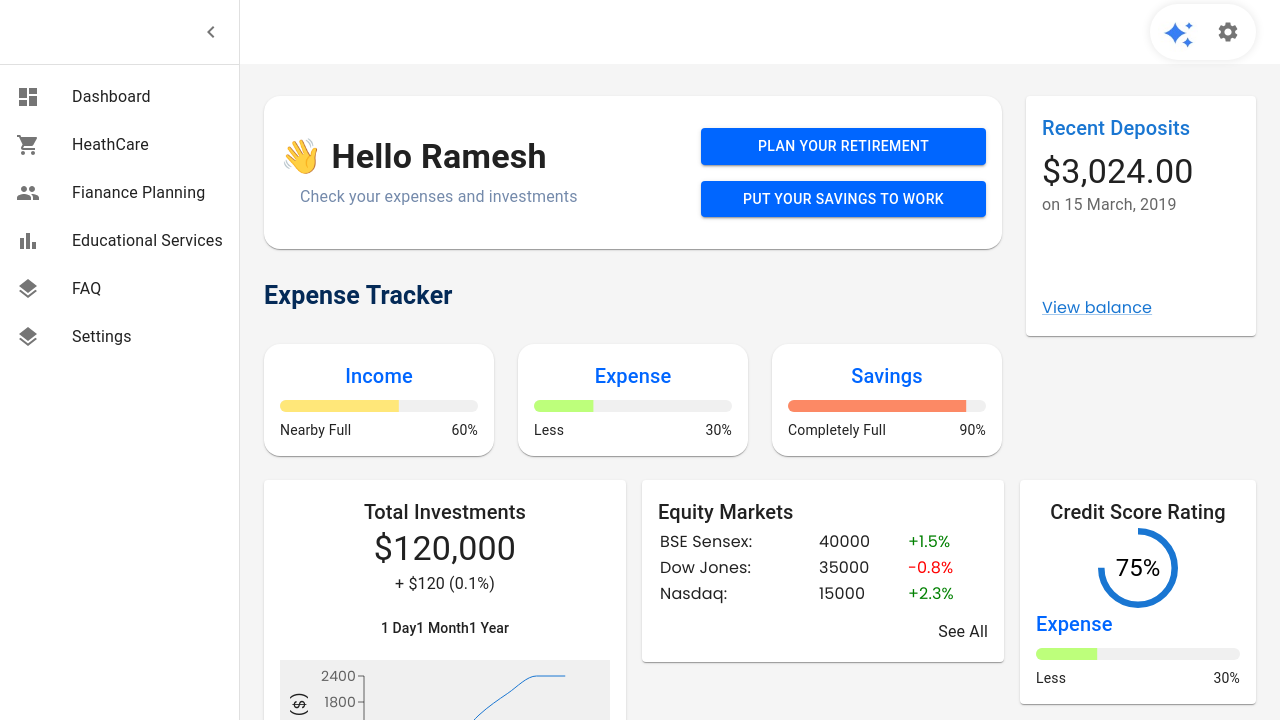
Repository: shubhampirate/TIAA_Retirement_hackathon
Page: /
An editor plug-in stored every save of this project. The page is shown before and after the next save, followed by the edit.
The browser window is 1280 px wide. The pictures show the whole page.
An inner scrolling area shows only its first screen. The project was rebuilt for these pictures with package versions that can differ from the ones it lists, and the page was loaded fresh each time. Also part of the build but not shown: src/Components/CustomButton.jsx, src/Components/Navbar.jsx, src/Components/Properties.jsx, src/Components/Footer.jsx, src/Components/Hero.jsx, src/pages/Sign_In.jsx.

Above is the page before, as saved 2023-11-15 12:31:27.

After the next save:
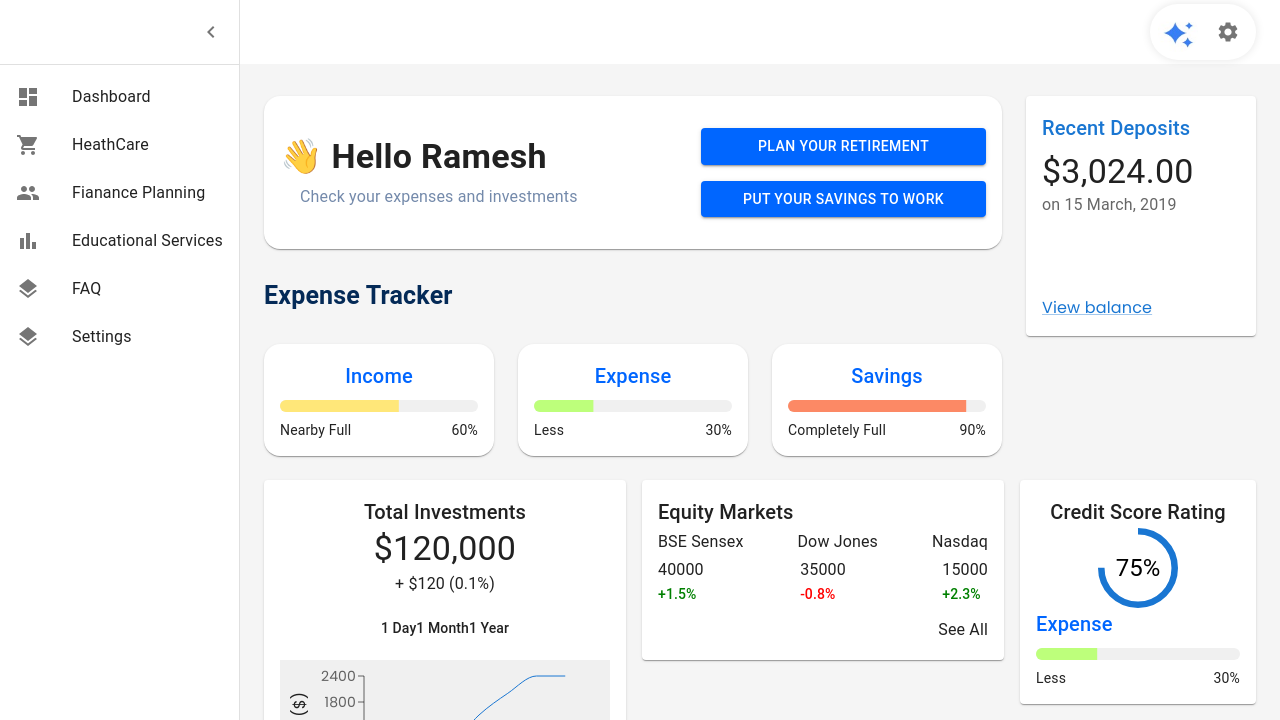
Saved 105 s later.
--- a/src/Components/YourComponent.jsx
+++ b/src/Components/YourComponent.jsx
@@ -39,27 +39,30 @@ const EquityMarketsBox = () => {
 
   return (
     <Paper sx={{ p: 2, display: 'flex', flexDirection: 'column' }}>
-      <Typography variant="h6">Equity Markets</Typography>
-      {/* Display market values in a table */}
-      <table>
-        <tbody>
-          {marketData.map((market) => (
-            <tr key={market.name}>
-              <td>{market.name}:</td>
-              <td>{market.currentPrice}</td>
-              <td style={{ color: market.increasePercentage >= 0 ? 'green' : 'red' }}>
-                {market.increasePercentage >= 0 ? '+' : ''}{market.increasePercentage}%
-              </td>
-            </tr>
-          ))}
-        </tbody>
-      </table>
-      {/* "See All" link */}
-      <Typography variant="subtitle1" style={{ alignSelf: 'flex-end', marginTop: '10px', cursor: 'pointer' }}>
-        See All
-      </Typography>
-    </Paper>
-  );
+    <Typography variant="h6">Equity Markets</Typography>
+    {/* Display market names in the first line */}
+    <div style={{ display: 'flex', justifyContent: 'space-between' }}>
+      {marketData.map((market) => (
+        <Typography key={market.name} variant="subtitle1">{market.name}</Typography>
+      ))}
+    </div>
+    {/* Display market values in the second line */}
+    <div style={{ display: 'flex', justifyContent: 'space-between' }}>
+      {marketData.map((market) => (
+        <div key={market.name}>
+          <Typography variant="subtitle1">{market.currentPrice}</Typography>
+          <Typography variant="subtitle2" style={{ color: market.increasePercentage >= 0 ? 'green' : 'red' }}>
+            {market.increasePercentage >= 0 ? '+' : ''}{market.increasePercentage}%
+          </Typography>
+        </div>
+      ))}
+    </div>
+    {/* "See All" link */}
+    <Typography variant="subtitle1" style={{ alignSelf: 'flex-end', marginTop: '10px', cursor: 'pointer' }}>
+      See All
+    </Typography>
+  </Paper>
+);
 };
 
 
